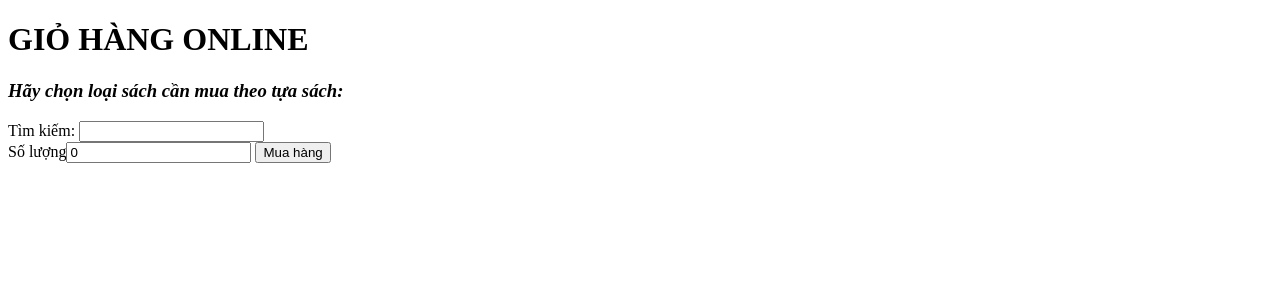
Repository: trangtruc/Java_NangCao
Page: http://localhost/Demo_Database/Myeshop.jsp
An editor plug-in stored every save of this project. The page is shown before and after the next save, followed by the edit.
The browser window is 1280 px wide. The pictures show the whole page.
The page is served by Tomcat 9. Other server files are loaded and not shown. Queries for data that is not in the repository find no rows.

Above is the page before, as saved 2017-03-11 18:32:33.

### Buoi4/Demo_Database/WebContent/Myeshop.jsp
<%@page contentType="text/html" pageEncoding="UTF-8"%>
<%@page import="servlet.*" %>
<%@page import="java.util.ArrayList" %>
<!DOCTYPE HTML PUBLIC "-//W3C//DTD HTML 4.01 Transitional//EN"
    "http://www.w3.org/TR/html4/loose.dtd">

<html>
    <head>
        <title>My E-Shop</title>
        <script type="text/javascript">
            function kt(){
                var s=document.getElementById("sl").value;
                if(isNaN(s) || s<=0)
                    return false;
                return true;
            }
        </script>
    </head>
    <body>
        <h1>GIỎ HÀNG ONLINE</h1>
        <%
            DbActions db = new DbActions();
            ArrayList<Sanpham> dssp = db.getAllProducts();
        %>
        <form action="Access" method="post">
            <h3><i>Hãy chọn loại sách cần mua theo tựa sách:

            </i></h3>

            Tìm kiếm: <input type="text" name="monhang"/>
            </br>

            Số lượng<input name="soluong" value="0" id="sl"/>
            <input type="hidden" name="action" value="muahang"/>
            <input type="submit" value="Mua hàng" onclick="return kt()"/>


        </form>
        <br/>
        <jsp:include page="Myecart.jsp" flush="true"/>
    </body>
</html>

### Buoi4/Demo_Database/WebContent/Myecart.jsp
<%@page contentType="text/html" pageEncoding="UTF-8"%>
<%@page import="java.util.ArrayList" %>
<%@page import="servlet.*" %>
<%
	Object obj=session.getAttribute("giohang");
	if(obj!=null){
	    Giohang giohang=(Giohang)obj;
	    ArrayList<Monhang> dssp=giohang.getGiohang();
	    if(dssp.size()>0){
%>
<table align="center" border="1" width="95%">
    <tr>
        <th>STT</th>
        <th>Tên sách</th>
        <th>Tên tác giả</th>
        <th>Số lượng mua</th>
        <th>Đơn giá</th>
        <th>Số lượng hiện còn trong kho</th>
        <th>Thành tiền</th>
        <th></th>
    </tr>

    <%int i=1;
    for(Monhang mhang:dssp){

    	 String ms=mhang.getSanpham().getId();
    	 String tua=mhang.getSanpham().getTitle();
         String tgia=mhang.getSanpham().getAuthor();
         int sl=mhang.getSoluong();
         double dg=mhang.getSanpham().getPrice();
         int qty =mhang.getSanpham().getQty();

        %>

        <tr>
            <td><%=ms%></td>
            <td><%=tua%></td>
            <td><%=tgia%></td>
            <td><%=sl%></td>
            <td><%=dg%></td>
            <td><%=qty-sl%></td>
            <td><%=dg*sl%></td>
            <td>
                <form action="Access" method="post">
                    <input type="hidden" name="action" value="trahang"/>
                    <input type="hidden" name="mssp" value="<%=ms%>"/>
                    <input type="submit" value="Trả hàng"/>
                </form>
            </td>
        </tr>
    <%}%>
    </table>
    <br/>
        <center>
            <form method="post" action="Access">
                <input type="hidden" name="action" value="checkout"/>
                <input type="submit" value="Check out"/>
            </form>
        </center>
   <%}
   }
%>

### Buoi4/Demo_Database/src/servlet/DbActions.java
package servlet;

import java.sql.Connection;
import java.sql.DriverManager;
import java.sql.ResultSet;
import java.sql.Statement;
import java.util.ArrayList;

import servlet.Sanpham;

public class DbActions {
	private Connection conn;

	public DbActions() throws Exception{
		Class.forName("com.mysql.jdbc.Driver");
		conn = DriverManager.getConnection("jdbc:mysql://localhost:3306/ebookshop","root","");

	}





	public Sanpham getSanPhamId(String id) throws Exception {
		Sanpham sp=null;
		Statement stmt = conn.createStatement();
		String sql = "select * from books where id="+id+"";

		ResultSet rs = stmt.executeQuery(sql);
		if(rs.next()){
			String i = rs.getString("id");
			String t = rs.getString("title");
            String author = rs.getString("author");
            Float price = rs.getFloat("price");
            int quantity = rs.getInt("qty");
            sp = new Sanpham(i, t, author, price, quantity);
		}

		return sp;

	}


	public Sanpham getSanPhamAuthor(String author) throws Exception {
		Sanpham sp=null;
		Statement st = conn.createStatement();
		String sql = "SELECT * FROM books WHERE author = "
                + "'" + author + "'"
                + " AND qty > 0 ORDER BY author ASC, title ASC";
		ResultSet rs = st.executeQuery(sql);
		if(rs.next()){
			String id = rs.getString("id");
			String t = rs.getString("title");
            String au = rs.getString("author");
            Float price = rs.getFloat("price");
            int quantity = rs.getInt("qty");
            sp = new Sanpham(id, t, au, price, quantity);
		}

		return sp;
	}
	   /**
     * Lấy tât cả sản phẩm
     * @return danh sách sản phẩm
     * @throws Exception
     */
    public ArrayList<Sanpham> getAllProducts() throws Exception {
        ArrayList<Sanpham> ds = new ArrayList<Sanpham>();
        ResultSet rs = null;
        Statement stmt = conn.createStatement();
        String sql = "select * from books";
        rs = stmt.executeQuery(sql);
        while(rs.next()){
        	String id = rs.getString("id");
        	String t = rs.getString("title");
            String author = rs.getString("author");
            Float price = rs.getFloat("price");
            int quantity = rs.getInt("qty");
            ds.add(new Sanpham(id, t, author, price, quantity));
        }
        return ds;
    }


}

After the next save:
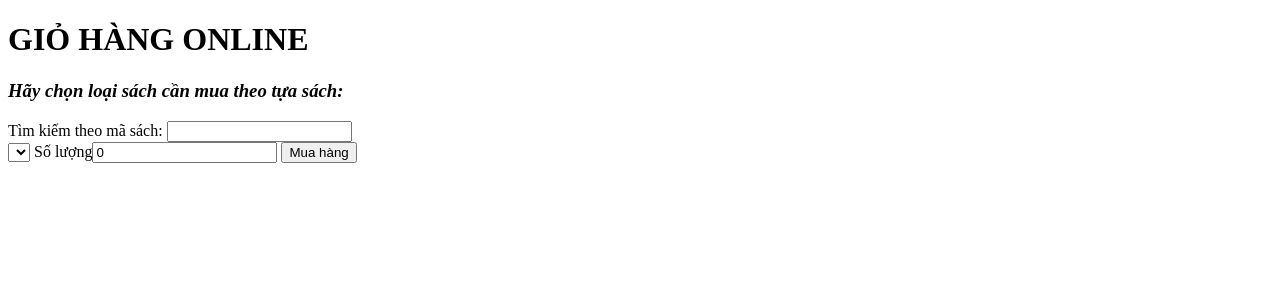
Saved 2 min 45 s later.
--- a/Buoi4/Demo_Database/WebContent/Myeshop.jsp
+++ b/Buoi4/Demo_Database/WebContent/Myeshop.jsp
@@ -27,8 +27,16 @@
 
             </i></h3>
 
-            Tìm kiếm: <input type="text" name="monhang"/>
+            Tìm kiếm theo mã sách: <input type="text" name="monhang" placehoder="1001"/>
             </br>
+
+			<select name="monhang">
+                <%
+            for (Sanpham sp : dssp) {%>
+                <option value="<%=sp.getId()%>"><%=sp.getTitle()%></option>
+
+                <%}%>
+            </select>
 
             Số lượng<input name="soluong" value="0" id="sl"/>
             <input type="hidden" name="action" value="muahang"/>
